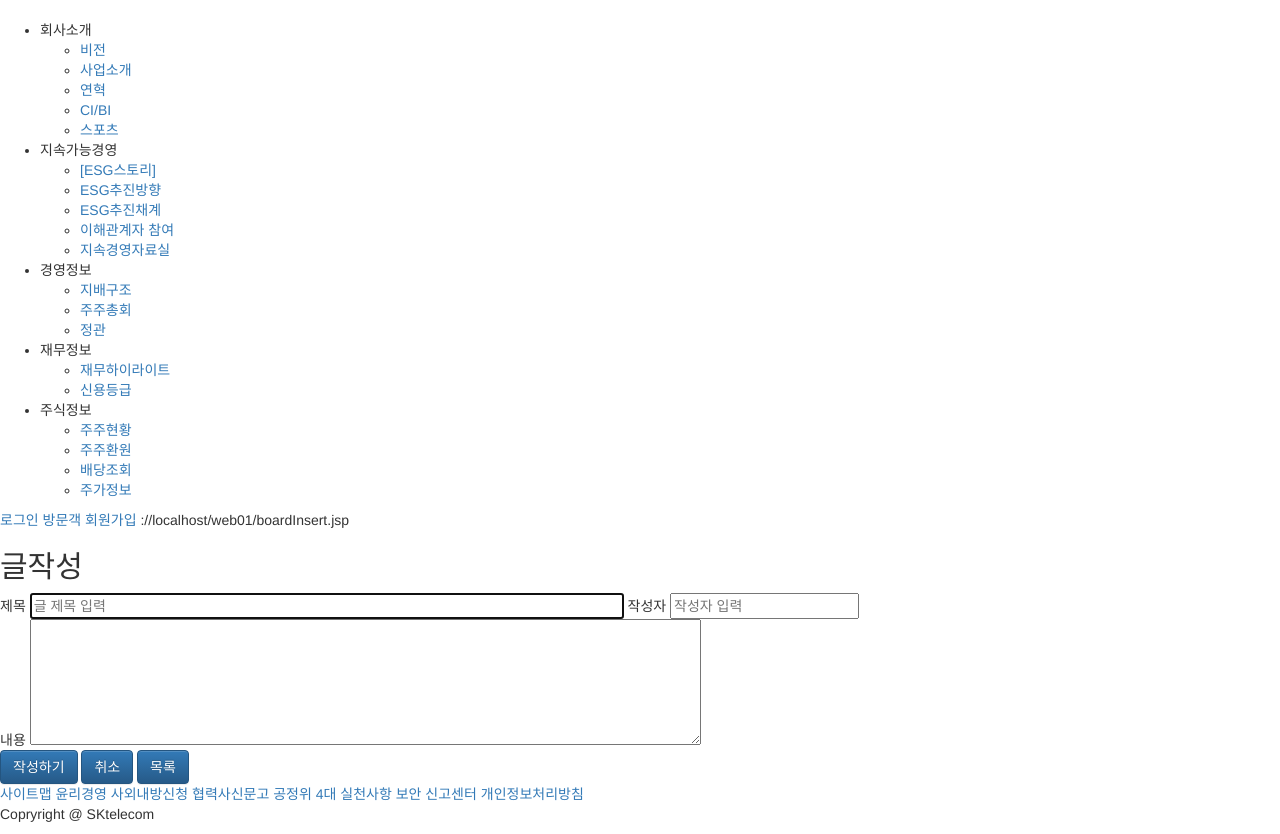
Repository: star-min/jsp_basic
Page: http://localhost/web01/boardInsert.jsp
These files come from the project's save history. The page is drawn as it stood at one moment and after the next save; the edit follows.
The browser window is 1280 px wide. The pictures show the whole page.
The page is served by Tomcat 9.

Above is the page before, as saved 2022-04-29 06:10:30.

After the next save:
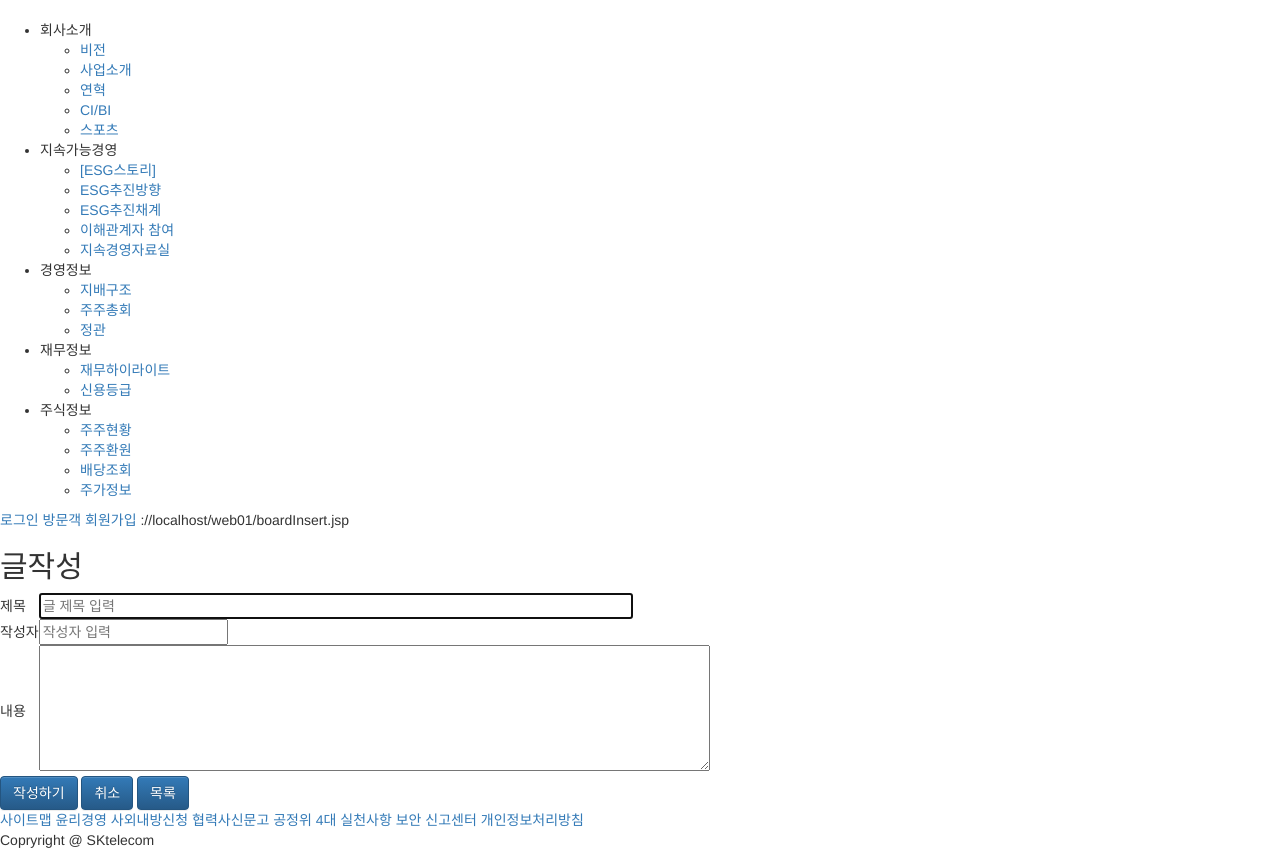
Saved 37 s later.
--- a/jsp1/web01/src/main/webapp/boardInsert.jsp
+++ b/jsp1/web01/src/main/webapp/boardInsert.jsp
@@ -24,7 +24,7 @@
 <div class="content" class="container-fluid">
 	<h2>글작성</h2>
 	<form id="boardform" name="boardform" action="boardInsertPro.jsp" method="post" onsubmit="writeCheck()">
-		<tbody>
+		<table>
 			<tr>
 				<td class="necessary">제목 </td>
 				<td>
@@ -50,7 +50,7 @@
 					<a href="board1.jsp" class="btn btn-primary">목록</a>
 				</td>
 			</tr>
-		</tbody>
+		</table>
 		<script>
 		function writeCheck() {
 			var memo = f.bcontent.value;
